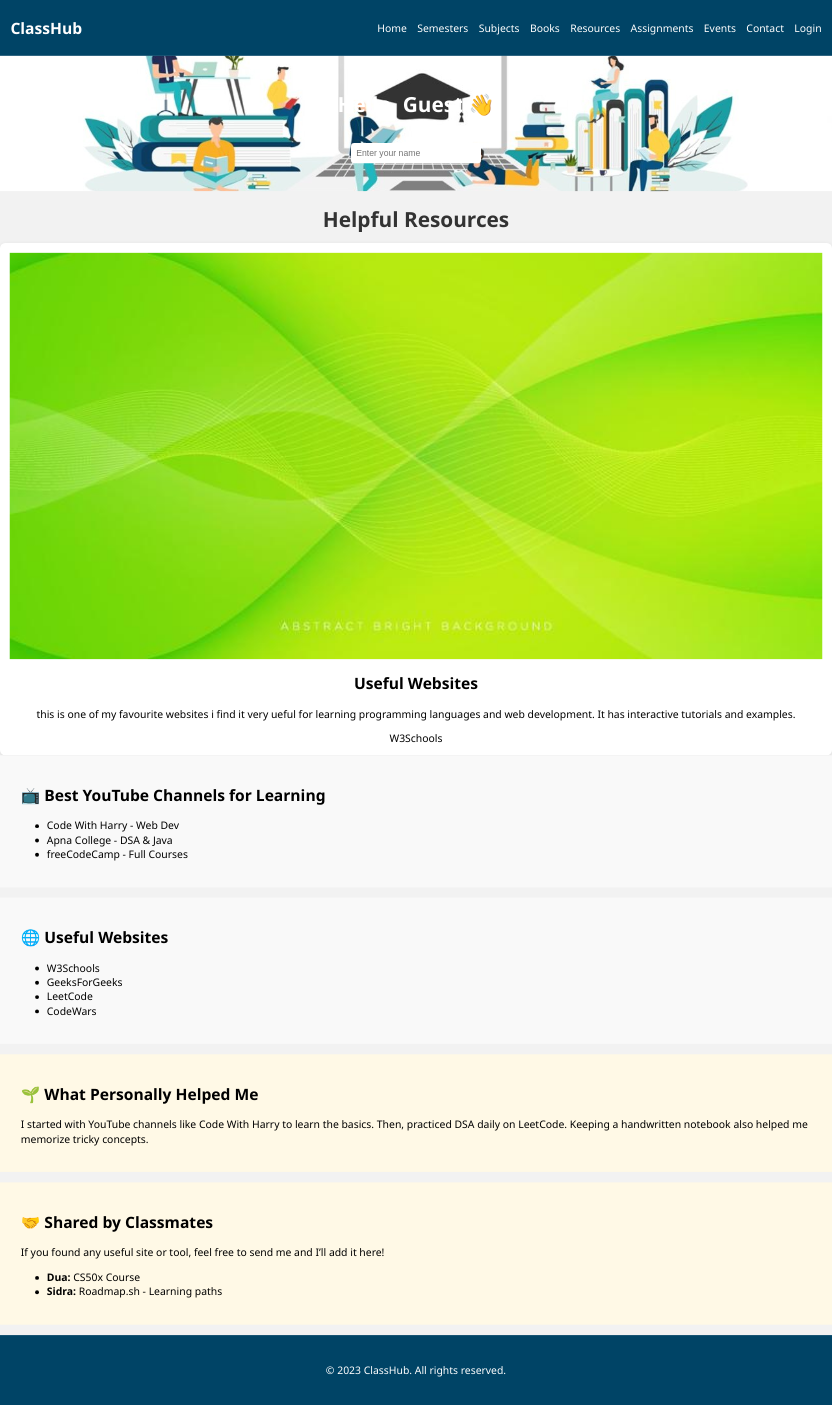
Repository: MariamSawera/eduNova
Page: resources.html
These files come from the project's save history. The page is drawn as it stood at one moment and after the next save; the edit follows.
The browser window is 1280 px wide. The pictures show the whole page, at 65% of full size.

Above is the page before, as saved 2025-07-24 00:11:57.

### resources.html
<html>
<head>
    <title>Resources</title>
    <meta charset="UTF-8">
    <meta name="viewport" content="width=device-width, initial-scale=1.0">
    <link rel="stylesheet" href="styles.css">
    <script src="script.js"></script>
</head>
<body>
    <nav>
        <div class="logo">ClassHub</div>
        <ul>
        <li><a href="index.html">Home</a></li>
        <li><a href="index.html#semester">Semesters</a></li>
        <li><a href="subjects.html">Subjects</a></li>
        <li><a href="books.html">Books</a></li>
        <li><a href="resources.html">Resources</a></li>
        <li><a href="assignments.html">Assignments</a></li>
        <li><a href="events.html">Events</a></li>
        <li><a href="contact.html">Contact</a></li>
        <li><a href="login.html">Login</a></li>
        </ul>
    </nav>

    <!-- Hero Section -->
    <div class="hero">
      <h1 id="welcome">Hello, Guest 👋</h1>
      <input
        type="text"
        id="nameInput"
        placeholder="Enter your name"
        oninput="updateName()"
      />
    </div>

    <h1 class="heading">Helpful Resources</h1>


    <div class="box">
      <img src="./images/green.jpg" alt="">
       <!-- <div class="box-content"> -->
      <h2>Useful Websites </h2>
      <p>
        this is one of my favourite websites i find it very ueful for learning
        programming languages and web development. It has interactive tutorials and examples.
      </p>
        <a href="https://www.w3schools.com/" target="_blank">W3Schools</a>
        <!-- </div> -->
    </div>




      <section class="resources-section">
    <h2>📺 Best YouTube Channels for Learning</h2>
    <ul>
      <li><a href="https://youtube.com/CodeWithHarry" target="_blank">Code With Harry - Web Dev</a></li>
      <li><a href="https://youtube.com/ApnaCollegeOfficial" target="_blank">Apna College - DSA & Java</a></li>
      <li><a href="https://youtube.com/FreeCodeCamp" target="_blank">freeCodeCamp - Full Courses</a></li>
    </ul>
  </section>

  <!-- Websites -->
  <section class="resources-section">
    <h2>🌐 Useful Websites</h2>
    <ul>
      <li><a href="https://www.w3schools.com/" target="_blank">W3Schools</a></li>
      <li><a href="https://www.geeksforgeeks.org/" target="_blank">GeeksForGeeks</a></li>
      <li><a href="https://leetcode.com/" target="_blank">LeetCode</a></li>
      <li><a href="https://www.codewars.com/" target="_blank">CodeWars</a></li>
    </ul>
  </section>

  <!-- What Helped Me -->
  <section class="my-tips">
    <h2>🌱 What Personally Helped Me</h2>
    <p>I started with YouTube channels like Code With Harry to learn the basics. Then, practiced DSA daily on LeetCode. Keeping a handwritten notebook also helped me memorize tricky concepts.</p>
  </section>

  <!-- Classmate Contributions -->
  <section class="classmate-tips">
    <h2>🤝 Shared by Classmates</h2>
    <p>If you found any useful site or tool, feel free to send me and I’ll add it here!</p>

    <ul>
      <li><strong>Dua:</strong> <a href="https://cs50.harvard.edu/x/" target="_blank">CS50x Course</a></li>
      <li><strong>Sidra:</strong> <a href="https://roadmap.sh/" target="_blank">Roadmap.sh - Learning paths</a></li>
    </ul>
  </section>







    </div>

    <!-- Footer -->
    <footer class="footer">
        <p>&copy; 2023 ClassHub. All rights reserved.</p>
    </footer>

</body>
</html>

### styles.css
html {
  scroll-behavior: smooth;
}

body {
  margin: 0;
  font-family: "Segoe UI", sans-serif;
  background: #f2f2f2;
  /* background-color: #B3DDF0; */
}

nav {
  background-color: #004466;
  color: white;
  padding: 1rem;
  display: flex;
  justify-content: space-between;
  align-items: center;
}

nav .logo {
  font-size: 1.5rem;
  font-weight: bold;
}

a {
  text-decoration: none;
  color: inherit;
}

nav ul {
  list-style: none;
  display: flex;
  gap: 1rem;
}

nav ul li {
  display: inline;
}

nav ul li a {
  color: white;
  text-decoration: none;
}

.hero {
  /* background: linear-gradient(to right, #00aaff, #00ffcc); */
  background-image: url("./images/banner.jpg");
  background-position: center;
  color: white;
  padding: 2rem;
  text-align: center;
  height: 20vh;
}

.hero input {
  padding: 0.5rem;
  border: none;
  border-radius: 5px;
  margin-top: 1rem;
  width: 200px;
}

.dashboard {
  display: grid;
  grid-template-columns: 1fr 1fr 1fr;
  gap: 1rem;
  padding: 2rem;
}

.card {
  background: white;
  padding: 1rem;
  border-radius: 10px;
  box-shadow: 0 2px 5px rgba(0, 0, 0, 0.1);
}

.quick-links {
  padding: 2rem;
  display: grid;
  grid-template-columns: repeat(3, minmax(150px, 1fr));
  gap: 1rem;
}

.link-card {
  display: flex;
  justify-content: center;
  align-items: center;
  font-size: 30px;
  color: white;
}

.quick-links .link-card {
  background: white;
  text-align: center;
  padding: 1rem;
  border-radius: 10px;
  box-shadow: 0 2px 5px rgba(0, 0, 0, 0.1);
  height: 80px;
}

.footer {
  background-color: #004466;
  display: flex;
  justify-content: center;
  align-items: center;
  color: white;
  height: 15vh;
}

.heading {
  color: #333;
  margin-bottom: 1rem;
  text-align: center;
  font-size: 2rem;
}

/* books.html */
.book-container {
  display: flex;
  justify-content: center;
  text-align: center;
  gap: 1rem;
  padding: 2rem;
  flex-wrap: wrap;
}

.book-card {
  background: white;
  width: 20%;
  padding: 1rem;
  border-radius: 8px;
  box-shadow: 0 2px 5px rgba(0, 0, 0, 0.1);
  text-align: center;
}

.book-card img {
  max-width: 100%;
  height: 40vh;
  border-radius: 5px;
  object-fit: cover;
}

.info {
  padding: 1rem;
  text-align: center;
}

.info h3 {
  margin: 0.5rem 0;
  font-size: 1.1rem;
  color: #222;
}

.info p {
  font-size: 0.9rem;
  color: #555;
}

.info a {
  display: inline-block;
  margin-top: 0.7rem;
  padding: 0.5rem 1rem;
  background: #0077cc;
  color: white;
  text-decoration: none;
  border-radius: 5px;
}

.info a:hover {
  background: #005fa3;
}

/* subjects.html */
.instructor-container {
  display: flex;
  justify-content: center;
  align-items: center;
  flex-wrap: wrap;
  gap: 2rem;
  margin: 30px;
}

.instructor-card {
  background-color: white;
  padding: 25px;
  /* margin: 12px; */
  display: inline-block;
  width: 20%;
  height: auto;
  flex-direction: column;
  align-items: center;
  text-align: center;
  border-radius: 30px;
  margin-bottom: 1rem;
  box-shadow: 0px 4px 10px rgba(0, 0, 0, 0.1);
}

.instructor-card img {
  border-radius: 50%;
  object-fit: cover;
}

.instructor-card h3 {
  margin: 8px 0;
}

.difficulty {
  font-size: 15px;
  font-weight: bold;
  color: black;
  background-color: rgb(214, 211, 0);
  padding: 4px 10px;
  border-radius: 5px;
  width: 40pxpx;
  display: inline-block;
}

.resources {
  margin-top: 10px;
}

.resources a {
  /* background-color: rgb(73, 73, 192);
  margin: 7px;
  color: white;
  padding: 6px 12px;
  border-radius: 10px;
  font-size: 15px;
  display: inline-block; */
  display: inline-block;
  margin-top: 0.7rem;
  padding: 0.5rem 1rem;
  background: #0077cc;
  color: white;
  text-decoration: none;
  border-radius: 5px;

}

.resources a:hover {
  background-color: blueviolet;
}

/* resources.html */

.resources-section {
  padding: 1.5rem 2rem;
  background-color: #f9f9f9;
  margin-bottom: 1rem;
}

.my-tips, .classmate-tips {
  padding: 1.5rem 2rem;
  background-color: #fff9e6;
  margin-bottom: 1rem;
}

/* testing */

.box{
  background-color: white;
  border-radius: 8px;
  padding: 15px;
  box-shadow: 0 2px 8px rgba(0,0,0,0.1);
  text-align: center;
  cursor: pointer;


}

.box img{
  width: 100%;
}

### script.js
function updateName() {
      const name = document.getElementById('nameInput').value;
      const welcome = document.getElementById('welcome');
      if(name.trim()) {
        welcome.textContent = `Hello, ${name}! 👋`;
      } else {
        welcome.textContent = `Hello, Guest 👋`;
      }
    }

After the next save:
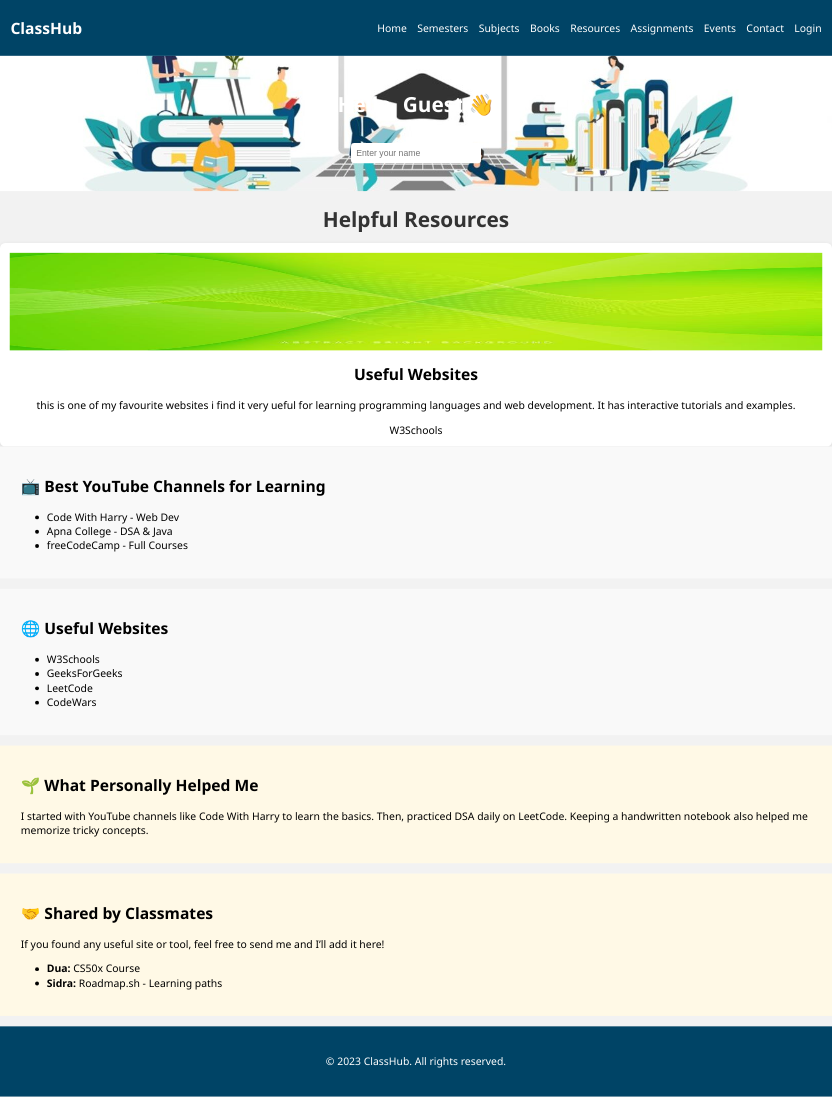
Saved 11 s later.
--- a/styles.css
+++ b/styles.css
@@ -271,4 +271,5 @@ nav ul li a {
 
 .box img{
   width: 100%;
-}
+  max-height: 150px;
+}
